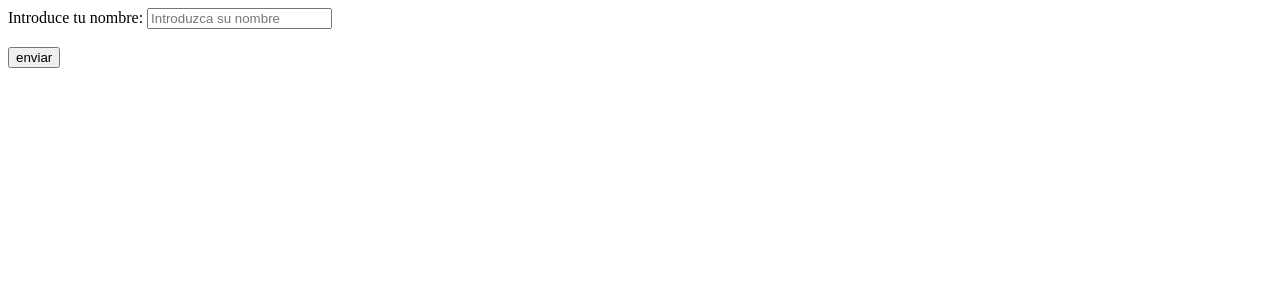
Repository: angegon/Developing-Applications-for-the-Java-EE-Platform
Page: javaee/04_tabla_multiplicar_parametros/WebContent/tabla.html
An editor plug-in stored every save of this project. The page is shown before and after the next save, followed by the edit.
The browser window is 1280 px wide. The pictures show the whole page.

Above is the page before, as saved 2016-12-20 16:24:39.

After the next save:
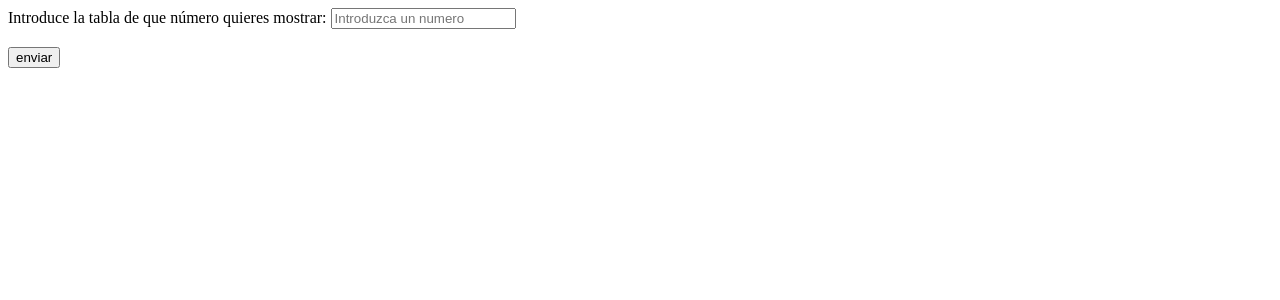
Saved 3 min 48 s later.
--- a/javaee/04_tabla_multiplicar_parametros/WebContent/tabla.html
+++ b/javaee/04_tabla_multiplicar_parametros/WebContent/tabla.html
@@ -5,9 +5,9 @@
 <title>Insert title here</title>
 </head>
 <body>
-	<form action="SaludoPersonal" method="post">
-		Introduce tu nombre:
-		<input type="text" name="persona" placeholder="Introduzca su nombre"/>
+	<form action="CalculoTabla" method="post">
+		Introduce la tabla de que número quieres mostrar:
+		<input type="text" name="numero" placeholder="Introduzca un numero"/>
 		<br/></br>
 		<input type="submit" value="enviar"/>
 	</form>
